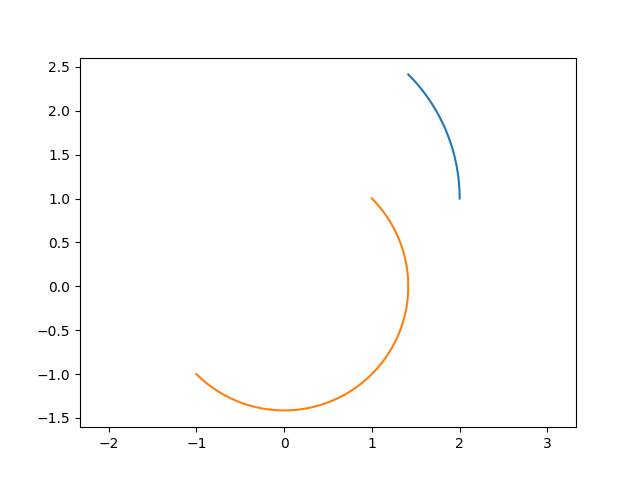
Repository: lbylzkx/Circle-Point-Manuscript
Script's output: python draw_flower_test.py
An editor plug-in stored every save of this project. The script's output is shown before and after the next save, followed by the edit.
Random numbers start from a fixed seed.

Above is the script's output before, as saved 2023-09-20 10:16:53.

### draw_flower_test.py
from draw_arc import arc
import matplotlib.pyplot as plt
arc((0, 1), (2, 1), (1, 2))
arc((0, 0), (-1, -1), (1, 1))
plt.show()

### draw_arc.py
import matplotlib.pyplot as plt
import numpy as np

import sys
sys.path.append('C:/Userslbylzk/Documents/BaiduSyncdisk/Flowers')


def arc(center, point1, point2):
    # 计算端点到圆心的向量
    vector1 = np.array(point1) - np.array(center)
    vector2 = np.array(point2) - np.array(center)

    # 计算向量的模长
    r1 = np.linalg.norm(vector1)
    r2 = np.linalg.norm(vector2)

    # 计算向量之间的夹角
    theta1 = np.arctan2(vector1[1], vector1[0])
    theta2 = np.arctan2(vector2[1], vector2[0])

    # 确保 theta2 > theta1
    if theta2 < theta1:
        theta2 += 2 * np.pi

    # 计算圆弧上的点
    t = np.linspace(theta1, theta2, 100)
    x = center[0] + r1 * np.cos(t)
    y = center[1] + r1 * np.sin(t)

    # 绘制圆弧
    plt.plot(x, y)
    plt.axis('equal')


# 示例
# draw_arc((1, 1), (2, 1), (1, 0))
# draw_arc((1, 1), (1, 0), (2, 1))
# arc((0, 0), (-1, -1), (1, 1))
# plt.axis('equal')
# plt.show()

After the next save:
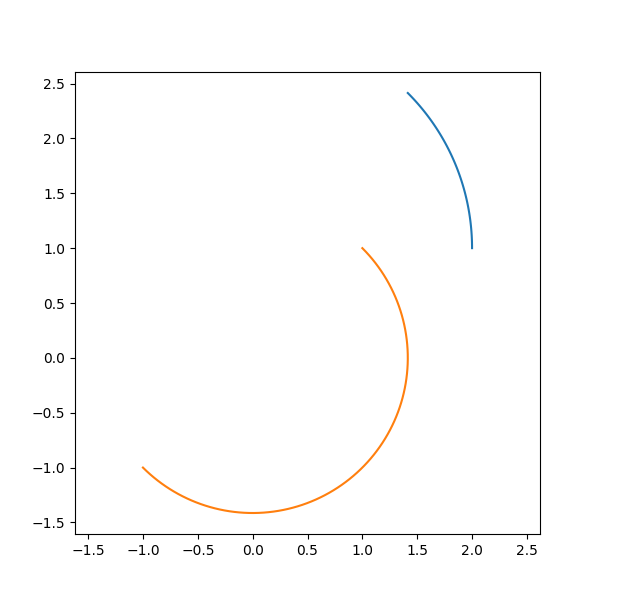
Saved 4 s later.
--- a/draw_flower_test.py
+++ b/draw_flower_test.py
@@ -1,5 +1,7 @@
 from draw_arc import arc
 import matplotlib.pyplot as plt
+
+plt.figure(figsize=(6, 6))
 arc((0, 1), (2, 1), (1, 2))
 arc((0, 0), (-1, -1), (1, 1))
 plt.show()

After the save that followed:
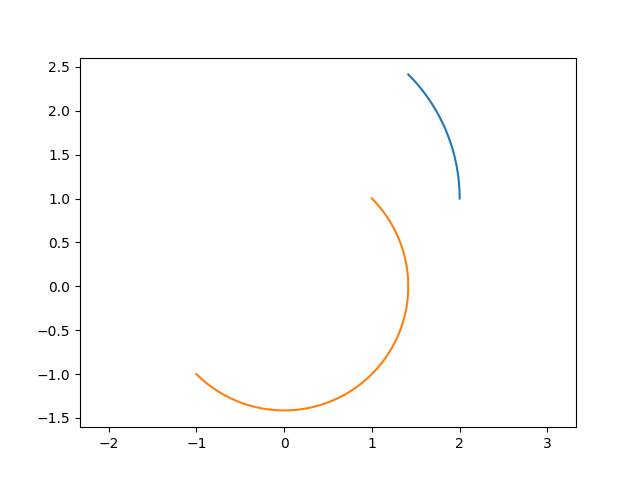
Saved 19 s later.
--- a/draw_flower_test.py
+++ b/draw_flower_test.py
@@ -1,7 +1,6 @@
 from draw_arc import arc
 import matplotlib.pyplot as plt
 
-plt.figure(figsize=(6, 6))
 arc((0, 1), (2, 1), (1, 2))
 arc((0, 0), (-1, -1), (1, 1))
 plt.show()
